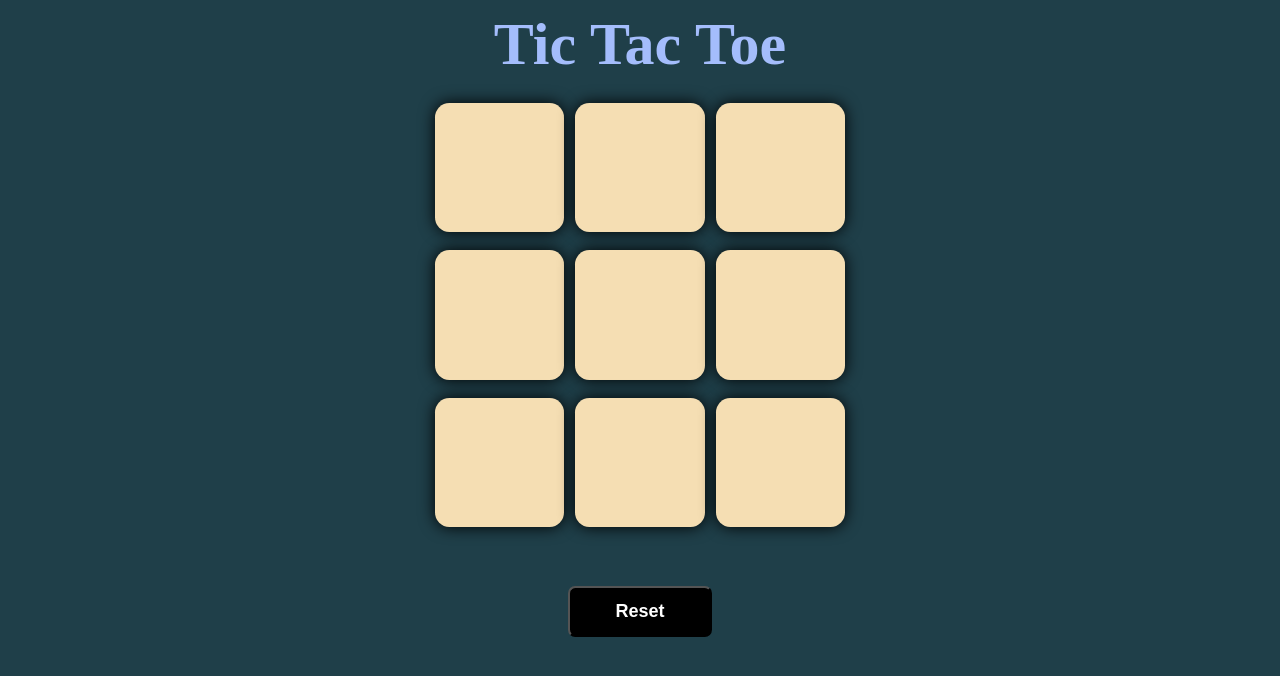
Repository: AreezAnsari/Tic-Tac-Toe
Page: Game/Game.html
The author's editor kept a copy of each file at every save. The page is drawn from the files as they stood at one save, then again after the next save.
The browser window is 1280 px wide. The pictures show the whole page.

Above is the page before, as saved 2025-06-01 07:43:12.
Console error: TypeError: box.addEventListener is not a function

### Game/Game.html
<!DOCTYPE html>
<html lang="en">
<head>
    <meta charset="UTF-8">
    <meta name="viewport" content="width=device-width, initial-scale=1.0">
    <title>Document</title>
    <link rel="stylesheet" href="Game.css">
</head>
<body>
    <main>
        <h1>Tic Tac Toe</h1>
    <div class="container">
        <div class="game">
        <button class="box"></button>
        <button class="box"></button>
        <button class="box"></button>
        <button class="box"></button>
        <button class="box"></button>
        <button class="box"></button>
        <button class="box"></button>
        <button class="box"></button>
        <button class="box"></button>
        </div>
        </div>
        <button class="reset-btn">Reset</button>
    </main>
    <script src="Game.js"></script>
</body>
</html>

### Game/Game.css
*{
    margin: 0;
    padding: 0;
}

body{
    text-align: center;
    background-color: #1F3F49;
}
h1{
    color: #A4BDFC;
    margin-top: 10px;
    padding-bottom: 20px;
    font-size: 60px;
}
.container{
    text-align: center;
    height: 70vh;
    display: flex;
    justify-content: center;
}
.game
{
    height: 60vmin;
    width: 60vmin;
    gap: 1.5vmin;
    display: flex;
    flex-wrap: wrap;
    align-items: center;
    justify-content: center;
}
.box{
    background-color: wheat;
    height: 18vmin;
    width: 18vmin;
    font-weight: bolder;
    font-size: xx-large;
    border: none;
    border-radius: 2vmin;
    box-shadow: 0 0 1rem rgb(0, 0, 1);
}
.box:hover {
  color: #ff0000;
  transform: translateY(-2px);
}
.box:active {
transform: scale(0.98);
}
.reset-btn{
    margin-top: -10vmin;
    align-items: center;
    padding: 1vmin;
    font-size: 2.5vmin;
    font-weight: bold;
    background-color: black;
    color: white;
    border-radius: 1vmin;
    width: 20vmin;
    height: 7vmin;
}
.reset-btn:hover {
  color: red;
  transform: translateY(-2px);
}
.reset-btn:active {
transform: scale(0.98);
}

### Game/Game.js
let box = document.querySelectorAll(".box");
let button = document.querySelector("button");
let container = document.querySelector(".container");

let value = "X";

const btn = () => {
  if (value === "X") {
    button.innerHTML = "Y";
    Value = "Y";
  } else {
    button.innerText = "X";
    Value = "X";
  }
};

box.addEventListener("click", btn);

After the next save:
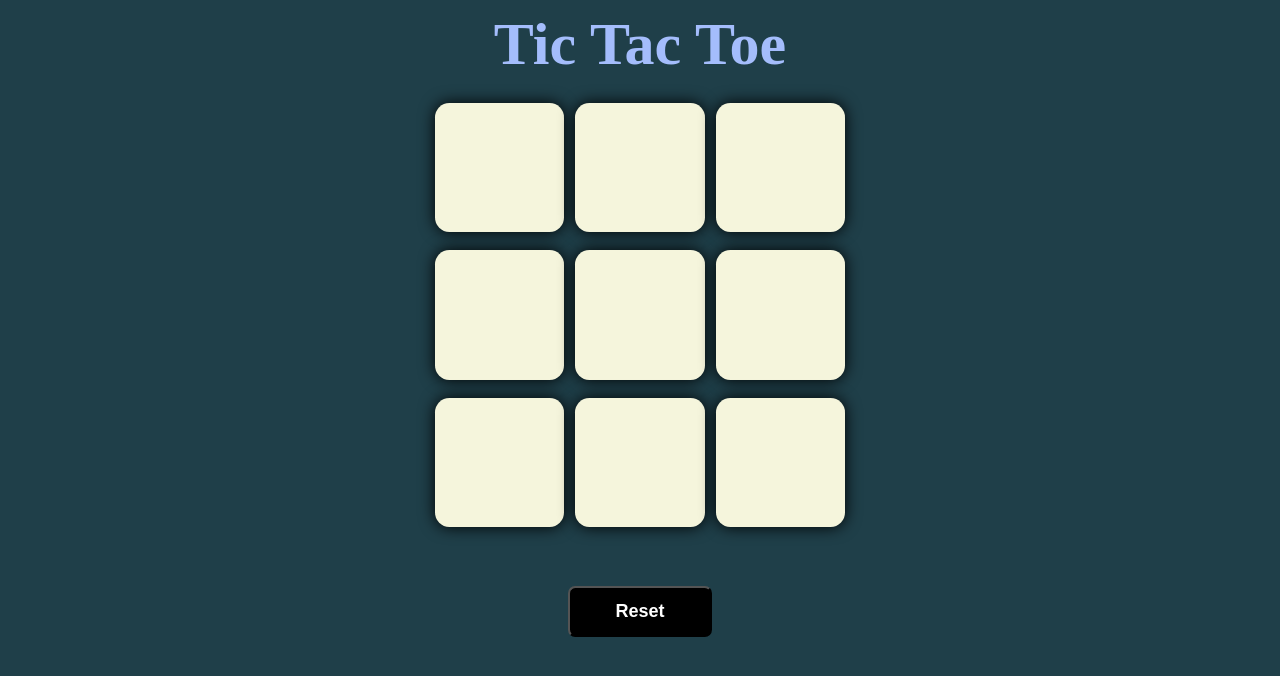
Saved 12 s later.
--- a/Game/Game.css
+++ b/Game/Game.css
@@ -30,7 +30,7 @@
     justify-content: center;
 }
 .box{
-    background-color: wheat;
+    background-color: beige;
     height: 18vmin;
     width: 18vmin;
     font-weight: bolder;
